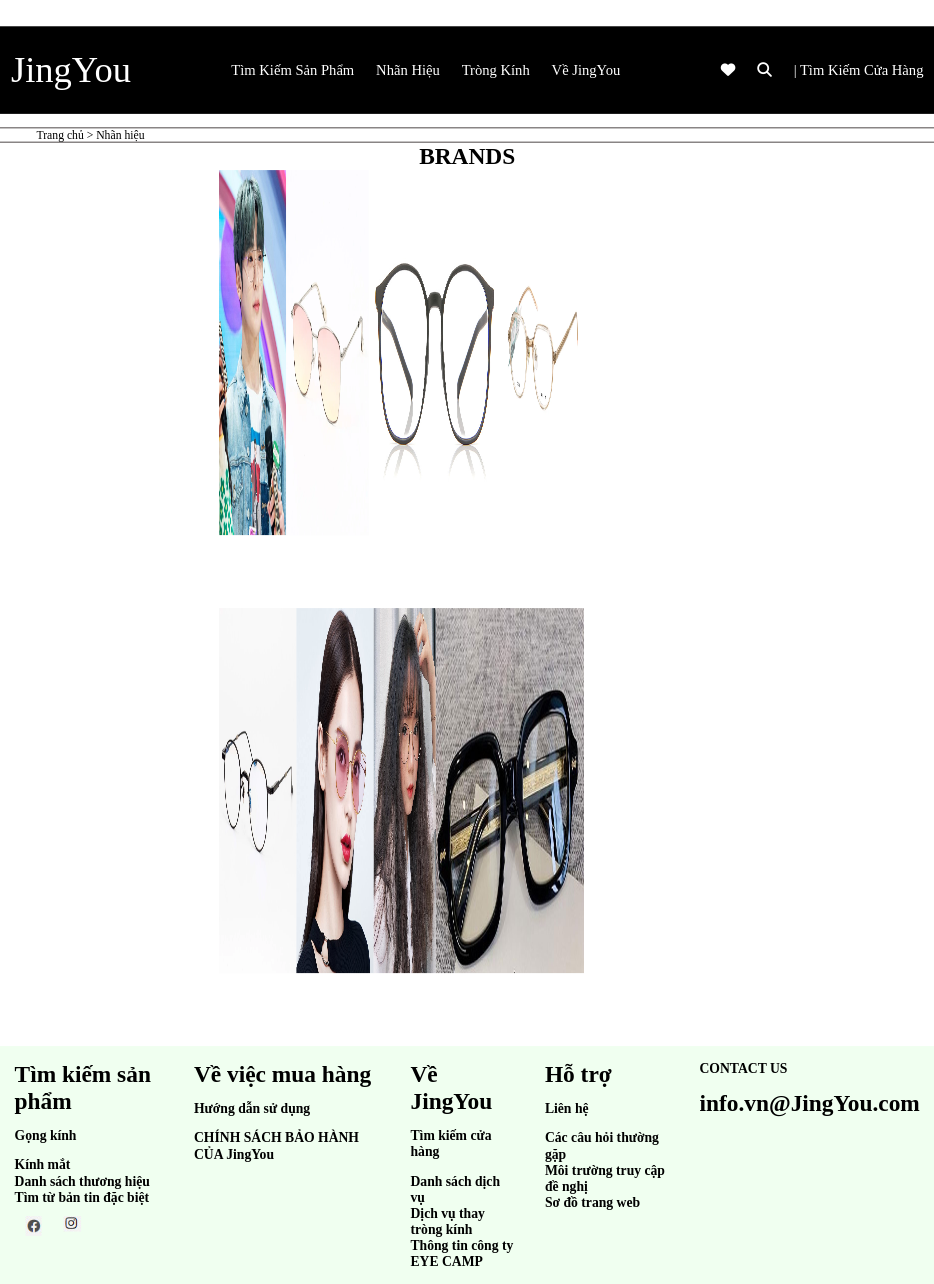
Repository: Cupid123588/Assignment
Page: bt2.html
The author's editor kept a copy of each file at every save. The page is drawn from the files as they stood at one save, then again after the next save.
The browser window is 1280 px wide. The pictures show the whole page, at 73% of full size.

Above is the page before, as saved 2022-10-18 16:20:56.

### bt2.html
<!DOCTYPE html>
<br lang="en">

<head>
    <meta charset="UTF-8">
    <meta http-equiv="X-UA-Compatible" content="IE=edge">
    <meta name="viewport" content="width=device-width, initial-scale=1.0">
    <title>Shop Bán Kính Tờ Rung</title>
    <title>Document</title>
    <link rel="stylesheet" href="./style.css">
    <link rel="stylesheet" href="./fontawesome-free-6.2.0-web/fontawesome-free-6.2.0-web/css/all.min.css">
</head>

<br>
<div>
    <nav class="menu">
        <div>

            <a class="a1" href="./bt.html">JingYou</a>
        </div>
        <div>

            <a href="#">Tìm Kiếm Sản Phẩm</a>
            <a href="#">Nhãn Hiệu</a>
            <a href="./bt3.html">Tròng Kính</a>
            <a href="./bt4.html">Về JingYou</a>

        </div>
        <div>

            <a class="c1" href="./bt5.html">|      Tìm Kiếm Cửa Hàng</a>
            <a href=""><i class="fa-solid fa-heart"></i></a>
            <a href=""><i class="fa-solid fa-magnifying-glass"></i></a>
        </div>
    </nav>
</div><br>
<div class="nguon">
    <div class="nguon_1">

    </div>
    <div class="nguon2">
        <p class="nguon3">Trang chủ > Nhãn hiệu</p>
    </div>
    <div class="nguon1">

    </div>
</div>
<div class="album">
    <div class="tieude">
        <h1 class="tieude1">BRANDS</h1>
    </div>


</div>
<div class="mtp_mtp">
    <div class="mtp">
        <div class="mt">
            <img class="mtp1" src="./EWViqEvWsAEmVYW.jpg" alt="" width="200" height="500">
        </div>
        <div class="mt">
            <img class="mtp1" src="./-gongkinh-gmsid-23900151_2edce8f3f349451496e03afc6b79ac8c_master.webp" alt="" width="150" height="500">
        </div>
        <div class="mt">
            <img class="mtp1" src="./724455ee-0a0b-4879-9e60-a1ffa4dc0d13.jpeg" alt="" width="200" height="500">
        </div>
        <div class="mt">
            <img class="mtp1" src="./83438_t1__51-18-149_tem1560_702233e94cc54b94b846a3a1c95b9a0a_master.webp" alt="" width="200" height="500">
        </div>

        <br>


    </div>
    <div class="mtp">
        <div class="mt">
            <img class="mtp1" src="./a99fe480ad4666183f571_c55824aaf202454c8dd8931994c012f5_master.webp" alt="" width="200" height="500">
        </div>
        <div class="mt">
            <img class="mtp1" src="./Angelababy-deo-mat-kinh-molsion-to-ban.jpg" alt="" width="200" height="500">
        </div>
        <div class="mt">
            <img class="mtp1" src="./bao-ve-da-khoi-mat-kinh-04a-1024x1279.jpg" alt="" width="200" height="500">
        </div>
        <div class="mt">
            <img class="mtp1" src="./Chiec-kinh.jpg" alt="" width="200" height="500">
        </div>




    </div>
</div>



<div class="backgroud_content ">
    <div class="backgroud_content_1 ">
        <h1>Tìm kiếm sản phẩm</h1><br>
        <h3>Gọng kính</h3><br>
        <h3>Kính mắt</h3>
        <h3>Danh sách thương hiệu</h3>
        <h3>Tìm từ bản tin đặc biệt</h3>
        <a href="https://www.facebook.com/huu.trung.123276 "><img src="./z3797930122773_8227b5cfc7e72e98d5d1cf2958138f39.jpg " alt=" "></a>
        <a href="https://www.instagram.com/explore/tags/jingyoung/ "><img src="./z3797931869022_5a6dee2bc1a5e750f119fa1ee3b5f6d0.jpg " alt=" "></a>
    </div>
    <div class="backgroud_content_1 ">
        <h1>Về việc mua hàng</h1><br>
        <h3>Hướng dẫn sử dụng</h3><br>
        <h3>CHÍNH SÁCH BẢO HÀNH CỦA JingYou</h3>
    </div>
    <div class="backgroud_content_1 ">
        <h1>Về JingYou</h1><br>
        <h3>Tìm kiếm cửa hàng</h3><br>
        <h3>Danh sách dịch vụ</h3>
        <h3>Dịch vụ thay tròng kính</h3>
        <h3>Thông tin công ty</h3>
        <h3>EYE CAMP</h3>
    </div>
    <div class="backgroud_content_1 ">
        <h1>Hỗ trợ</h1><br>
        <h3>Liên hệ</h3><br>
        <h3>Các câu hỏi thường gặp</h3>
        <h3>Môi trường truy cập đề nghị</h3>
        <h3>Sơ đồ trang web</h3>
    </div>
    <div class="backgroud_content_1 ">
        <h3>CONTACT US</h3><br>
        <h1>info.vn@JingYou.com
        </h1><br>
    </div>



</div>



</body>
<script>
</script>

### style.css
.a1 {
    font-size: 50px;
}

.menu_chinh {}

.menu {
    background-color: black;
    display: flex;
    align-items: center;
    justify-content: space-between;
    width: auto;
    height: 120px;
}

.menu a {
    color: white;
    font-weight: 500;
}

.c1 {
    float: right;
}

a {
    text-decoration: none;
    float: left;
    display: block;
    padding: 15px;
    text-align: center;
    font-size: 20px;
}

* {
    box-sizing: border-box;
    margin: 0;
    padding: 0;
}

.container p {
    text-align: center;
    float: left;
}

.container {
    padding: 10px 100px 0px 0px;
    border-top: 1px solid black;
    display: flex;
}

.b1 {
    margin-right: 60px;
    margin-left: 250px;
    font-size: 20px;
    margin-top: 40px;
}

hr {
    width: 1200px;
}

.container2 {
    width: 100%;
    margin: 0 auto 10px auto;
    padding-top: 40px;
}

.wrapper {
    display: flex;
    overflow: hidden;
}

.wrapper img {
    width: 100%;
}

.wrapper input {
    display: none;
}

img {
    width: 100%;
}

.lableslide {
    display: flex;
    justify-content: center;
}

.lableslide label {
    height: 20px;
    width: 20px;
    border-radius: 50%;
    border: 2px solid rgba(107, 104, 99, 0.171);
    margin: 2px;
}

.lableslide label:hover {
    background: black;
}

#img1:checked~.imgslider1 {
    margin-left: -100%;
}

#img2:checked~.imgslider2 {
    margin-left: -200%;
}

#img3:checked~.imgslider3 {
    margin-left: -300%;
}

#img4:checked~.imgslider4 {
    margin-left: -400%;
}

#img5:checked~.imgslider5 {
    margin-left: -500%;
}

#img6:checked~.imgslider6 {
    margin-left: -600%;
}

.anh {
    display: flex;
    justify-content: center;
}

.anh1 {
    width: 33.3333%;
    padding: 30px;
}

.backgroud_content {
    display: flex;
    background-color: honeydew;
}

.backgroud_check {
    background-color: yellow;
}

.backgroud_content_1 {
    padding: 10px;
    margin: 10px;
}

.nguon2 {
    border-top: 2px solid rgba(100, 95, 95, 0.76);
}

.nguon1 {
    size: 100%;
    border-bottom: 2px solid rgba(100, 95, 95, 0.76);
}

.nguon3 {
    margin-left: 50px;
}

.tieude1 {
    text-align: center;
}

.mtp>.mtp1 {
    padding: 10px;
    margin: 50px;
    border-radius: 10px;
    background-color: yellow;
    box-shadow: 5px;
    color: blue;
    box-sizing: border-box;
    flex: 20%;
}

.mtp {
    width: 500px;
    height: 600px;
    display: flex;
}

.mtp>.mtp1:hover {
    box-shadow: 20px;
    color: red;
    background-color: aqua;
}

.mtp_mtp {
    padding: 0 300px 0 300px;
    width: 100%;
}

.text1 {
    color: black;
    position: absolute;
    top: 400px;
    padding: 20px;
}

.text3 {
    color: gray;
}

.dichvu {}

.dichvu1 {
    display: flex;
    text-align: center;
    margin-left: 20%;
}

.content3 {
    text-align: center;
}

.text5_1 {
    margin-left: 20%;
}

.video {
    display: flex;
}

.video1 {
    padding: 30px;
}

.bando {
    width: 50%;
    display: flex;
}

.bando1_1 {
    width: 1200px;
    height: 1000px;
    margin-left: 350px;
}

.bando1_2 {
    font-size: 32px;
    margin: 30px;
}

#browsers {}

.row {
    flex: 100%;
}

Loaded but not shown: fontawesome-free-6.2.0-web/fontawesome-free-6.2.0-web/css/all.min.css (library)

After the next save:
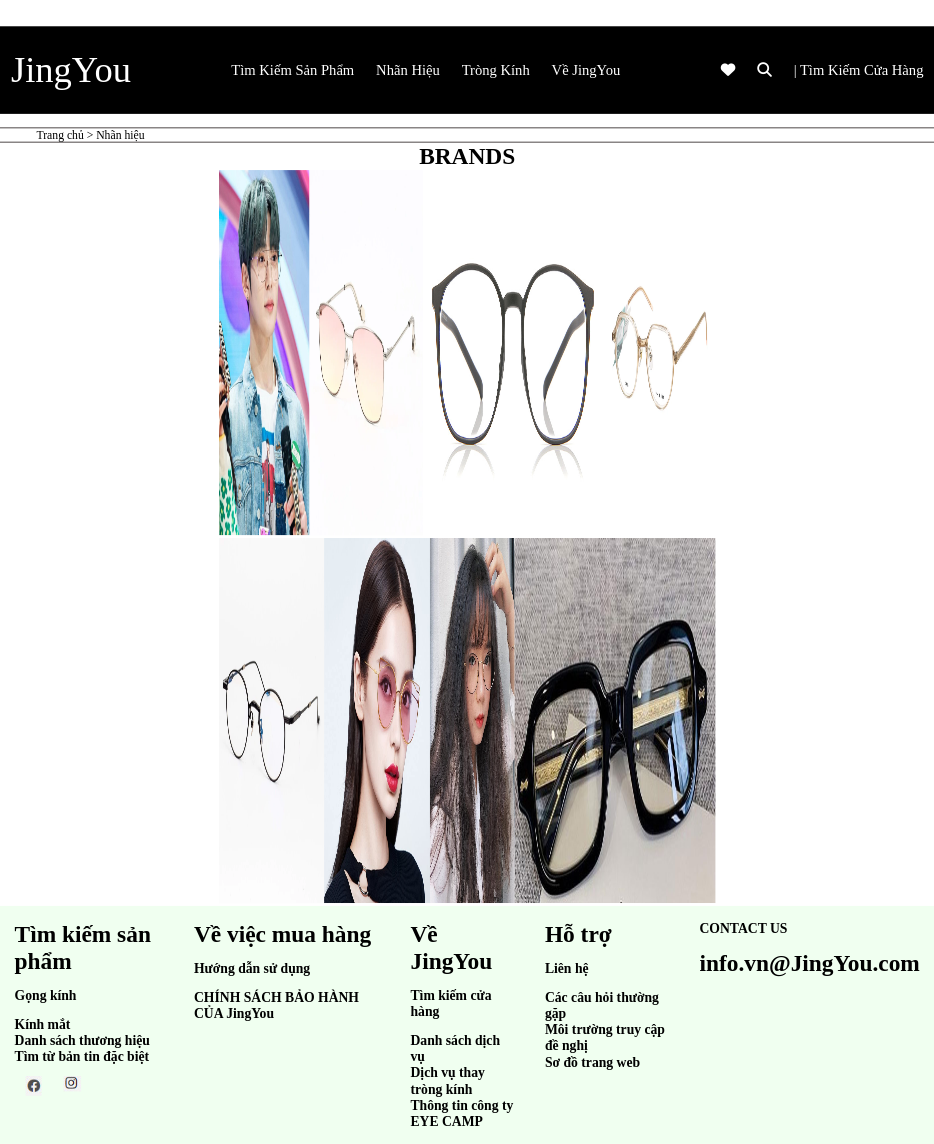
Saved 11 s later.
--- a/style.css
+++ b/style.css
@@ -176,8 +176,7 @@
 }
 
 .mtp {
-    width: 500px;
-    height: 600px;
+    width: 100%;
     display: flex;
 }
 
